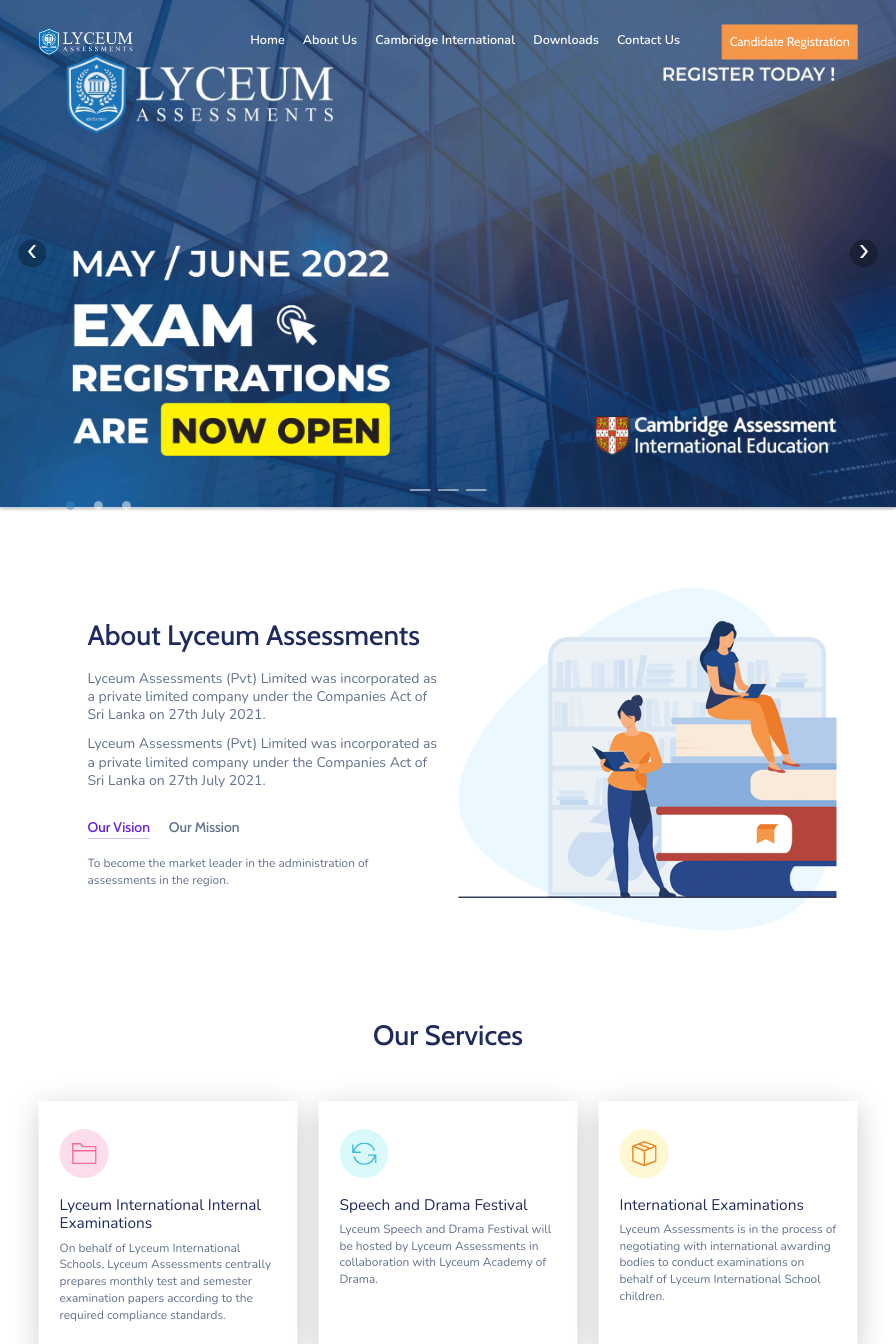
Repository: AXUSLK/LyceumAssessments-HTML
Page: index.html
These files come from the project's save history. The page is drawn as it stood at one moment and after the next save; the edit follows.
The browser window is 1280 px wide. The pictures show the part of the page from y = 0 to 1920 px (the page is 5692 px tall), at 70% of full size.
Some web libraries are served in a nearby version.

Above is the page before, as saved 2022-02-01 11:43:02.

### index.html
<!DOCTYPE html>
<html lang="en">

<head>
	<!-- set the encoding of your site -->
	<meta charset="utf-8">
	<meta name="viewport" content="width=device-width, initial-scale=1.0">
	<!-- set the page title -->
	<title>Lyceum Assessments is a fully owned subsidiary of the Lyceum Group.</title>
	<!-- inlcude google cabin font cdn link -->
	<link
		href="https://fonts.googleapis.com/css2?family=Cabin:ital,wght@0,400;0,500;0,600;0,700;1,400;1,500;1,600;1,700&display=swap"
		rel="stylesheet">
	<!-- inlcude google nunito font cdn link -->
	<link
		href="https://fonts.googleapis.com/css2?family=Nunito:ital,wght@0,300;0,400;0,600;0,700;1,300;1,400;1,600;1,700&display=swap"
		rel="stylesheet">
	<!-- include the site bootstrap stylesheet -->
	<link rel="stylesheet" href="css/bootstrap.css">
	<!-- include the site stylesheet -->
	<link rel="stylesheet" href="style.css">
	<!-- include theme color setting stylesheet -->
	<link rel="stylesheet" href="css/colors.css">
	<!-- include the site responsive stylesheet -->
	<link rel="stylesheet" href="css/responsive.css">
</head>

<body>

	<!-- pageWrapper -->
	<div id="pageWrapper">
		<div class="phStickyWrap">

			<!-- pageHeader -->
			<header id="pageHeader" class="w-100 headerFixer">
				<div class="container">
					<!-- hdHolder -->
					<div class="hdHolder position-relative pt-2 pb-2 pt-lg-4 pb-lg-4 pt-xl-7 pb-xl-7">
						<div class="row">
							<div class="col-4 col-md-2">
								<!-- logo -->
								<div class="logo mt-1">
									<a href="javascript:void(0);">
										<img src="images/LYA__LOGO.png" class="img-fluid" alt="">
									</a>
								</div>
							</div>
							<div class="col-8 col-md-10 position-static">
								<!-- pageNav -->
								<nav id="pageNav"
									class="navbar navbar-expand-md navbar-dark justify-content-end p-0 align-items-start position-static">
									<!-- pageMainNavCollapse -->
									<div class="collapse navbar-collapse pageMainNavCollapse justify-content-end"
										id="pageMainNavCollapse">
										<!-- mainNavigation -->
										<ul class="navbar-nav mainNavigation fwSemi pt-md-2">
											<li class="nav-item">
												<a class="nav-link" href="#pageWrapper">Home <span
														class="sr-only">(current)</span></a>
												</a>
											</li>
											<li class="nav-item">
												<a class="nav-link" href="#scrollToAbout">About Us</a>
												</a>
											</li>
											<li class="nav-item">
												<a class="nav-link" href="#scrollToCambridge">Cambridge
													International</a>
												</a>
											</li>
											<li class="nav-item">
												<a class="nav-link" href="#scrollToDownloads">Downloads</a>
												</a>
											</li>
											<li class="nav-item">
												<a class="nav-link" href="#scrollToContact">Contact Us</a>
												</a>
											</li>
										</ul>
									</div>
									<!-- hdBtn -->
									<a href="javascript:void(0);"
										class="btn btn-info font-weight-normal text-capitalize hdBtn ml-md-3 ml-md-6 ml-lg-12 position-relative border-0 p-0"
										data-hover="Get Started">
										<span class="d-block btnText">Candidate Registration </span>
									</a>
									<!-- pageNavOpener -->
									<button class="navbar-toggler pageNavOpener ml-3" type="button"
										data-toggle="collapse" data-target="#pageMainNavCollapse"
										aria-controls="pageMainNavCollapse" aria-expanded="false"
										aria-label="Toggle navigation">
										<span class="navbar-toggler-icon"></span>
									</button>
								</nav>
							</div>
						</div>
					</div>
				</div>
			</header>
		</div>

		<main>

			<!-- Header -->
			<section class="introBlock d-flex w-100 position-relative text-white ">
				<div class="carousel">
					<div class="carousel-inner">
						<input class="carousel-open" type="radio" id="carousel-1" name="carousel" aria-hidden="true"
							hidden="" checked="checked">
						<div class="carousel-item">
							<img src="./images/1.jpg">
						</div>
						<input class="carousel-open" type="radio" id="carousel-2" name="carousel" aria-hidden="true"
							hidden="">
						<div class="carousel-item">
							<img src="./images/3.jpg">
						</div>
						<label for="carousel-3" class="carousel-control prev control-1">‹</label>
						<label for="carousel-2" class="carousel-control next control-1">›</label>
						<label for="carousel-1" class="carousel-control prev control-2">‹</label>
						<label for="carousel-3" class="carousel-control next control-2">›</label>
						<label for="carousel-2" class="carousel-control prev control-3">‹</label>
						<label for="carousel-1" class="carousel-control next control-3">›</label>
						<ol class="carousel-indicators">
							<li>
								<label for="carousel-1" class="carousel-bullet">•</label>
							</li>
							<li>
								<label for="carousel-2" class="carousel-bullet">•</label>
							</li>
							<li>
								<label for="carousel-3" class="carousel-bullet">•</label>
							</li>
						</ol>
					</div>
				</div>
			</section>

			<!-- About -->
			<div id="scrollToAbout" class="mt-md-n12 mt-lg-n14 pt-md-12 pt-lg-14">
				<!-- featureBlock -->
				<section class="featureBlock pt-8 pt-md-13 pt-lg-19 pt-xl-23">
					<div class="container">
						<!-- afColumn -->
						<article class="afColumn mb-7 mb-md-11 mb-lg-18">
							<div class="row align-items-center">
								<div class="col-12 col-md-6 wow slideInRight">
									<div class="extraWrap pl-md-7 pl-lg-14">
										<!-- titleWrap -->
										<header class="titleWrap">
											<h3 class="mb-5">About Lyceum Assessments</h3>
											<p>Lyceum Assessments (Pvt) Limited was incorporated as a private limited company under the Companies Act of Sri Lanka on 27th July 2021.
											</p>
											<p>
												Lyceum Assessments (Pvt) Limited was incorporated as a private limited
												company under the
												Companies Act of Sri Lanka on 27th July 2021.</p>
										</header>
										<!-- afTabsList -->
										<ul class="nav nav-tabs afTabsList border-0 fontAlter fwMedium mt-8" id="myTab"
											role="tablist">
											<li class="nav-item" role="presentation">
												<a class="nav-link active" id="analytics-tab" data-toggle="tab"
													href="#analytics" role="tab" aria-controls="analytics"
													aria-selected="true">Our Vision</a>
												</a>
											</li>
											<li class="nav-item" role="presentation">
												<a class="nav-link" id="traffic-tab" data-toggle="tab" href="#traffic"
													role="tab" aria-controls="traffic" aria-selected="false">Our
													Mission</a>
												</a>
											</li>
										</ul>
										<!-- myTabContent -->
										<div class="tab-content" id="myTabContent">
											<div class="tab-pane fade show active" id="analytics" role="tabpanel"
												aria-labelledby="analytics-tab">
												<div class="mtctWrap overflow-hidden pt-5">
													<p>To become the market leader in the administration of assessments
														in the region.</p>
												</div>
											</div>
											<div class="tab-pane fade" id="traffic" role="tabpanel"
												aria-labelledby="traffic-tab">
												<div class="mtctWrap overflow-hidden pt-5">
													<p>To provide the expertise required to assess learning at different
														levels of education by making
														globally recognized awards and qualifications accessible &
														affordable to all while ensuring
														international quality standards.</p>
												</div>
											</div>
										</div>
									</div>
								</div>

								<div class="col-12 col-md-6 wow slideInLeft">
									<!-- imgHolder -->
									<div class="imgHolder position-relative mx-auto mb-4 mb-md-0">
										<img src="./images/about.png" class="img-fluid" alt="image description">
										<!-- bgPattern -->
										<span class="bgPattern position-absolute"
											style="background-image: url(images/bgShapes03.png);"></span>
									</div>
								</div>
							</div>
						</article>
					</div>
				</section>
			</div>

			<!-- Serveices -->
			<div id="scrollTo3" class="mt-md-n12 mt-lg-n14 pt-md-12 pt-lg-14">
				<!-- featureBlock -->
				<section class="featureBlock pt-5 pb-8 pt-md-10 pb-md-13 pt-lg-15 pb-lg-20 pt-xl-7 pb-xl-24">
					<div class="container">
						<div class="row">
							<div class="col-12 col-lg-10 offset-lg-1">
								<!-- headingHead -->
								<header
									class="headingHead textMedium text-center mb-8 mb-lg-10 mb-xl-14 wow bounceInUp">
									<h3 class="mb-5">Our Services</h3>
								</header>
							</div>
						</div>
						<div class="row justify-content-center">
							<div class="col-12 col-sm-6 col-lg-4 d-flex wow flipInX" data-wow-delay="0.5s">
								<!-- featColumn -->
								<article class="featColumn shadow-lg position-relative w-100 pt-8 pb-5 px-6 mb-6">
									<span
										class="icnWrap d-flex align-items-center justify-content-center text-center rounded-circle mb-5"
										data-theme="pink">
										<span class="w-100 d-block p-1">
											<img src="images/ico01.svg" width="35" height="31" alt="icon">
										</span>
									</span>
									<h3 class="h6 fontBase font-weight-normal mb-2">
										<a href="javascript:void(0);">Lyceum International Internal Examinations</a>
									</h3>
									<p>On behalf of Lyceum International Schools, Lyceum Assessments centrally prepares
										monthly test and semester examination papers according to the required
										compliance standards.</p>
								</article>
							</div>
							<div class="col-12 col-sm-6 col-lg-4 d-flex wow flipInX" data-wow-delay="0.5s">
								<!-- featColumn -->
								<article class="featColumn shadow-lg position-relative w-100 pt-8 pb-5 px-6 mb-6">
									<span
										class="icnWrap d-flex align-items-center justify-content-center text-center rounded-circle mb-5"
										data-theme="info">
										<span class="w-100 d-block p-1">
											<img src="images/ico02.svg" width="35" height="33" alt="icon">
										</span>
									</span>
									<h3 class="h6 fontBase font-weight-normal mb-2">
										<a href="javascript:void(0);">Speech and Drama Festival</a>
									</h3>
									<p>Lyceum Speech and Drama Festival will be hosted by Lyceum Assessments in
										collaboration with Lyceum Academy of Drama.</p>
								</article>
							</div>
							<div class="col-12 col-sm-6 col-lg-4 d-flex wow flipInX" data-wow-delay="0.5s">
								<!-- featColumn -->
								<article class="featColumn shadow-lg position-relative w-100 pt-8 pb-5 px-6 mb-6">
									<span
										class="icnWrap d-flex align-items-center justify-content-center text-center rounded-circle mb-5"
										data-theme="yellow">
										<span class="w-100 d-block p-1">
											<img src="images/ico03.svg" width="35" height="33" alt="icon">
										</span>
									</span>
									<h3 class="h6 fontBase font-weight-normal mb-2">
										<a href="javascript:void(0);">International Examinations </a>
									</h3>
									<p>Lyceum Assessments is in the process of negotiating with international awarding
										bodies to conduct examinations on behalf of Lyceum International School
										children.</p>
								</article>
							</div>

						</div>
					</div>
				</section>
			</div>

			<!-- Lyceum Group & Cambridge International -->
			<section id="" class="allFeatBlock pb-3 pb-lg-10 pb-xl-14">
				<div class="container">
					<!-- afColumnsWrap -->
					<div class="afColumnsWrap">
						<!-- afColumn -->
						<article class="afColumn mb-7 mb-md-11 mb-lg-18">
							<div class="row align-items-center">
								<div class="col-12 col-md-6 wow slideInLeft">
									<!-- imgHolder -->
									<div class="imgHolder position-relative mx-auto mb-4 mb-md-0">
										<img src="./images/lyceum_group.png" class="img-fluid" alt="image description">
										<!-- bgPattern -->
										<span class="bgPattern position-absolute"
											style="background-image: url(images/bgShapes03.png);"></span>
									</div>
								</div>
								<div class="col-12 col-md-6 wow slideInRight">
									<div class="extraWrap pl-md-7 pl-lg-14">
										<!-- titleWrap -->
										<header class="titleWrap">
											<h3 class="mb-5">The Lyceum Group</h3>


											<p>Lyceum group allows the students to grow with international ideals and
												character, in a multi-ethnic, multi-cultural and multi-religious, school
												environment. Academic and co-curricular programmes conducted by Lyceum
												International Schools, fully complying with international standards.</p>
											<p>The Honourable Dr. Mohan Lal Grero, a visionary educator founded Lyceum
												International Schools in 1993 to provide English medium education up to
												Grade 12. The school is non-profit organization, which is co-educational
												and
												committed to the pursuit of excellence in teaching and learning in the
												English medium, which is accessible and affordable to all within the
												socio-cultural environment of Sri Lanka.</p>
											<p>Lyceum Placements and Lyceum Assessments are the latest additions to the
												Lyceum Group</p>
										</header>
									</div>
								</div>
							</div>
						</article>
						<!-- afColumn -->
						<article class="afColumn mb-7 mb-md-11 mb-lg-18">
							<div class="row align-items-center">
								<div class="col-12 col-md-6 wow slideInLeft">
									<!-- imgHolder -->
									<div class="imgHolder position-relative mx-auto mb-4 mb-md-0">
										<img src="./images/cambridge.png" class="img-fluid" alt="image description">
										<!-- bgPattern -->
										<span class="bgPattern position-absolute"
											style="background-image: url(images/bgShapes03.png);"></span>
									</div>
								</div>
								<div class="col-12 col-md-6 wow slideInRight">
									<div class="extraWrap pr-md-7 pr-lg-14">
										<!-- titleWrap -->
										<header class="titleWrap">
											<h3 class="mb-5">Cambridge International Examinations</h3>
											<p>
											<p>Cambridge Assessment International Education prepares school students for
												life, helping them develop an informed curiosity and a lasting passion
												for learning.</p>
											<p>Cambridge international qualifications are recognized by the
												world&rsquo;s best universities and employers, giving students a wide
												range of options in their education and career. As a not-for-profit
												organization, Cambridge devotes their resources to delivering
												high-quality educational programs that can unlock learners' potential.
											</p>
											</p>
										</header>

									</div>
								</div>
							</div>
						</article>
					</div>
				</div>
			</section>


			<div id="scrollToCambridge" class="mt-md-n12 mt-lg-n14 pt-md-12 pt-lg-14 wow fadeIn" data-wow-delay="1s">
				<!-- testimonialsBlock -->
				<!-- Candidate Registration -->
				<aside class="tryPetAside text-center text-white py-5 py-lg-8 wow pulse">
					<div class="container">
						<p class="mb-0">Register Now <a href="javascript:void(0);"
								class="btn btnWhite mt-3 mt-md-0 mx-md-4 mx-lg-10 btnMin p-0 border-0 position-relative"
								data-hover="Try it"><span class="d-block btnText">Candidate Registration</span></a></p>
					</div>
				</aside>

				<article
					class="testimonialsBlock bg-light pt-7 pb-5 pt-md-9 pb-md-7 pt-lg-14 pb-lg-12 pt-xl-21 pb-xl-19">
					<div class="container">
						<header class="text-center mb-8">
							<h3 class="mb-5">Candidate
								Registration System</h3>
						</header>
						<div class="row">
							<div class="col-12">
								<!-- quotesSlider -->

								<div>
									<p class="clientQuote fontAlter text-primary">
										Cambridge
										Assessment International Education Examinations registration for the
										session May/June
										2022 is now live. Please complete your online registration
										process.</p>
									<!-- clientQuote -->

									<p class="clientQuote fontAlter text-primary pt-5">
										Lyceum Assessments deadlines for Cambridge International May/June 2022 exams
										session</p>

								</div>

							</div>
						</div>
						<div class="row">
							<div class="col-md-2"></div>
							<div class="col-md-8">
								<table class="infoTable">
									<tbody>
										<tr>
											<th width="298">
												<p><strong>Key dates</strong></p>
											</th>
											<th width="234">
												<p><strong>The year 2022</strong></p>
											</th>
										</tr>
										<tr>
											<td width="298">
												<p>Normal Registration Period (Final Entry)</p>
											</td>
											<td width="234">
												<p>02nd February - 14th February</p>
											</td>
										</tr>
										<tr>
											<td width="298">
												<p>Late Penalty Registration Period</p>
											</td>
											<td width="234">
												<p>15th February &ndash; 11th April</p>
											</td>
										</tr>
										<tr>
											<td width="298">
												<p>Very Late Penalty Registration Period</p>
											</td>
											<td width="234">
												<p>12th April onwards</p>
											</td>
										</tr>
										<tr>
											<td width="298">
												<p>Timetabled Exam Period</p>
											</td>
											<td width="234">
												<p>25 April - 10 June</p>
											</td>
										</tr>
									</tbody>
								</table>
							</div>
							<div class="col-md-2"></div>

						</div>
						<p>&nbsp;</p>
						<p class="clientQuote fontAlter text-primary">Candidates are requested to take note of the
							registration deadline.
							Registration
							is completed once you submit the application and completed the relevant
							payment.
						</p>

						<p class="clientQuote fontAlter text-primary">Any payments made after the deadline will be
							treated as late and subjected to
							the
							appropriate extra late fee.</p>

					</div>
				</article>
			</div>

			<!-- Downloads -->
			<section id="scrollToDownloads" class="allFeatBlock pb-3 pb-lg-10 pb-xl-14">
				<div class="container">
					<!-- afColumnsWrap -->
					<div class="afColumnsWrap">
						<!-- afColumn -->
						<article class="afColumn mb-7 mb-md-11 mb-lg-18">
							<div class="row align-items-center">
								<div class="col-12 col-md-6 wow slideInLeft">
									<!-- imgHolder -->
									<div class="imgHolder position-relative mx-auto mb-4 mb-md-0">
										<img src="./images/download.png" class="img-fluid" alt="image description">
										<!-- bgPattern -->
										<span class="bgPattern position-absolute"
											style="background-image: url(images/bgShapes03.png);"></span>
									</div>
								</div>
								<div class="col-12 col-md-6 wow slideInRight">
									<div class="extraWrap pr-md-7 pr-lg-14">
										<!-- titleWrap -->
										<header class="titleWrap">
											<h3 class="mb-5">Download Materials</h3>
											<ul class="list-unstyled tickList mt-7">
												<a href="" target="_blank">
													<li>June 2022 Time Table (Zone-4)
												</a></li>
												<a href="" target="_blank">
													<li>Fees Structure
												</a></li>
												<a href="" target="_blank">
													<li>Cambridge International AS & A Level syllabuses
												</a></li>
												<a href="" target="_blank">
													<li>Cambridge International O Level syllabus
												</a></li>
												<a href="" target="_blank">
													<li>Cambridge IGCSE syllabus
												</a></li>
												<a href="" target="_blank">
													<li>Lyceum Assessments Refund Policy
												</a></li>
												<a href="" target="_blank">
													<li>Lyceum Assessments Refund Form
												</a></li>
												<a href="" target="_blank">
													<li>Subject Entry Amendments Form
												</a></li>
												<a href="" target="_blank">
													<li>Data Entry Amendments Form
												</a></li>
												<a href="" target="_blank">
													<li>Easy Step Guide – School Candidate Below 18
												</a></li>
												<a href="" target="_blank">
													<li>Easy Step Guide – School Candidate above 18
												</a></li>
												<a href="" target="_blank">
													<li>Very Late Registrations Application
												</a></li>

											</ul>
										</header>

									</div>
								</div>
							</div>
						</article>
					</div>
				</div>
			</section>


		</main>

		<!-- Footer -->
		<div class="ftAreaWrap bg-primary text-gray777fa1 wow fadeIn" data-wow-delay="0.5s">
			<!-- footerAside -->
			<aside id="scrollToContact"
				class="footerAside pt-20 pt-md-10 pt-lg-16 pb-1 pb-md-4 position-relative text-center text-sm-left">
				<div class="centerDivItem">
					<!-- ftLogo -->
					<div class="ftLogo mb-6 mx-auto mx-md-0 ">
						<a href="javascript:void(0);">
							<img src="images/LYA__LOGO.png" class="img-fluid " alt="">
						</a>

						<address class="ftAddress text-center pt-5 text-md-left mb-6 mt-6 mt-md-0">3/1, Raymond
							Road,
							Nugegoda, Sri Lanka</address>
						<address class="ftAddress text-center text-md-left mb-6 mt-6 mt-md-0">
							+9471 162 7777</address>
						<address class="ftAddress text-center text-md-left mb-6 mt-6 mt-md-0">
							info_assessments@lyceum.lk</address>
					</div>

					<!-- ftAddress -->

				</div>
			</aside>
			<!-- pageFooter -->
			<footer id="pageFooter" class="text-center fontAlter">
				<div class="container">
					<!-- pfHolder -->
					<div class="pfHolder pt-md-10 pt-sm-35 pt-7 pb-5">
						<p>Copyright © 2022 Lyceum Assessments All Rights
							Reserved. Concept Designed and Developed by
							<a target="_blank" href="https://zuse.lk/">ZUSE
								Technologies.</a>
						</p>
					</div>
				</div>
			</footer>
		</div>

	</div>
	<!-- include jQuery library -->
	<script src="js/jquery-3.4.1.min.js"></script>
	<!-- include bootstrap popper JavaScript -->
	<script src="js/popper.min.js"></script>
	<!-- include bootstrap JavaScript -->
	<script src="js/bootstrap.min.js"></script>
	<!-- include custom JavaScript -->
	<script src="js/jqueryCustom.js"></script>
	<!-- include fontAwesome -->
	<script src="https://kit.fontawesome.com/391f644c42.js"></script>
</body>

</html>

Loaded but not shown: css/bootstrap.css (library); js/jquery-3.4.1.min.js (library); js/popper.min.js (library); js/bootstrap.min.js (library); images/ico03.svg (1 lines, source omitted); js/jqueryCustom.js (771 lines, source omitted); style.css (4908 lines, source omitted); css/responsive.css (209 lines, source omitted); css/colors.css (21 lines, source omitted)

After the next save:
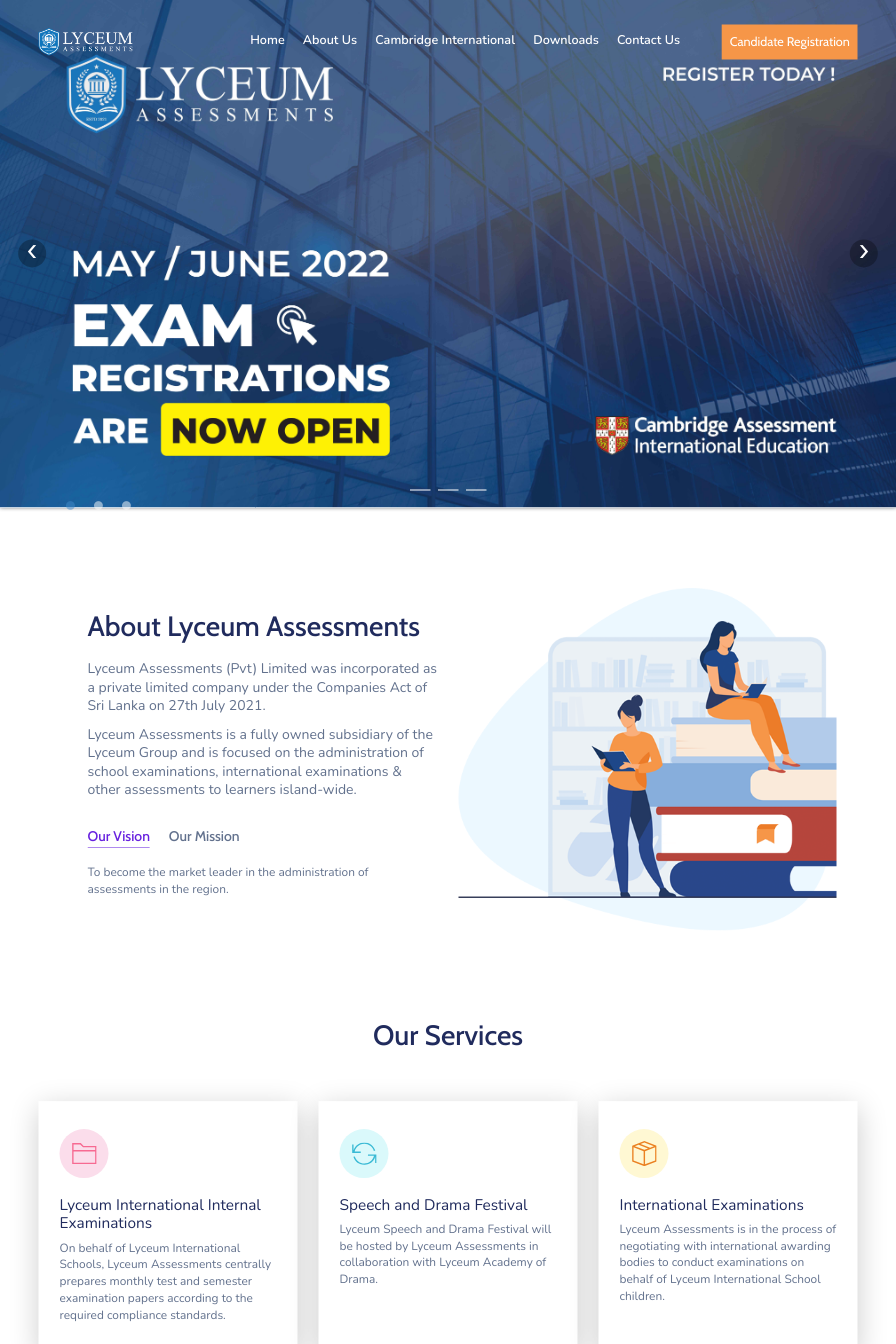
Saved 6 s later.
--- a/index.html
+++ b/index.html
@@ -149,12 +149,12 @@
 										<!-- titleWrap -->
 										<header class="titleWrap">
 											<h3 class="mb-5">About Lyceum Assessments</h3>
-											<p>Lyceum Assessments (Pvt) Limited was incorporated as a private limited company under the Companies Act of Sri Lanka on 27th July 2021.
+											<p>Lyceum Assessments (Pvt) Limited was incorporated as a private limited
+												company under the Companies Act of Sri Lanka on 27th July 2021.
 											</p>
-											<p>
-												Lyceum Assessments (Pvt) Limited was incorporated as a private limited
-												company under the
-												Companies Act of Sri Lanka on 27th July 2021.</p>
+											<p>Lyceum Assessments is a fully owned subsidiary of the Lyceum Group and is
+												focused on the administration of school examinations, international
+												examinations & other assessments to learners island-wide.</p>
 										</header>
 										<!-- afTabsList -->
 										<ul class="nav nav-tabs afTabsList border-0 fontAlter fwMedium mt-8" id="myTab"
